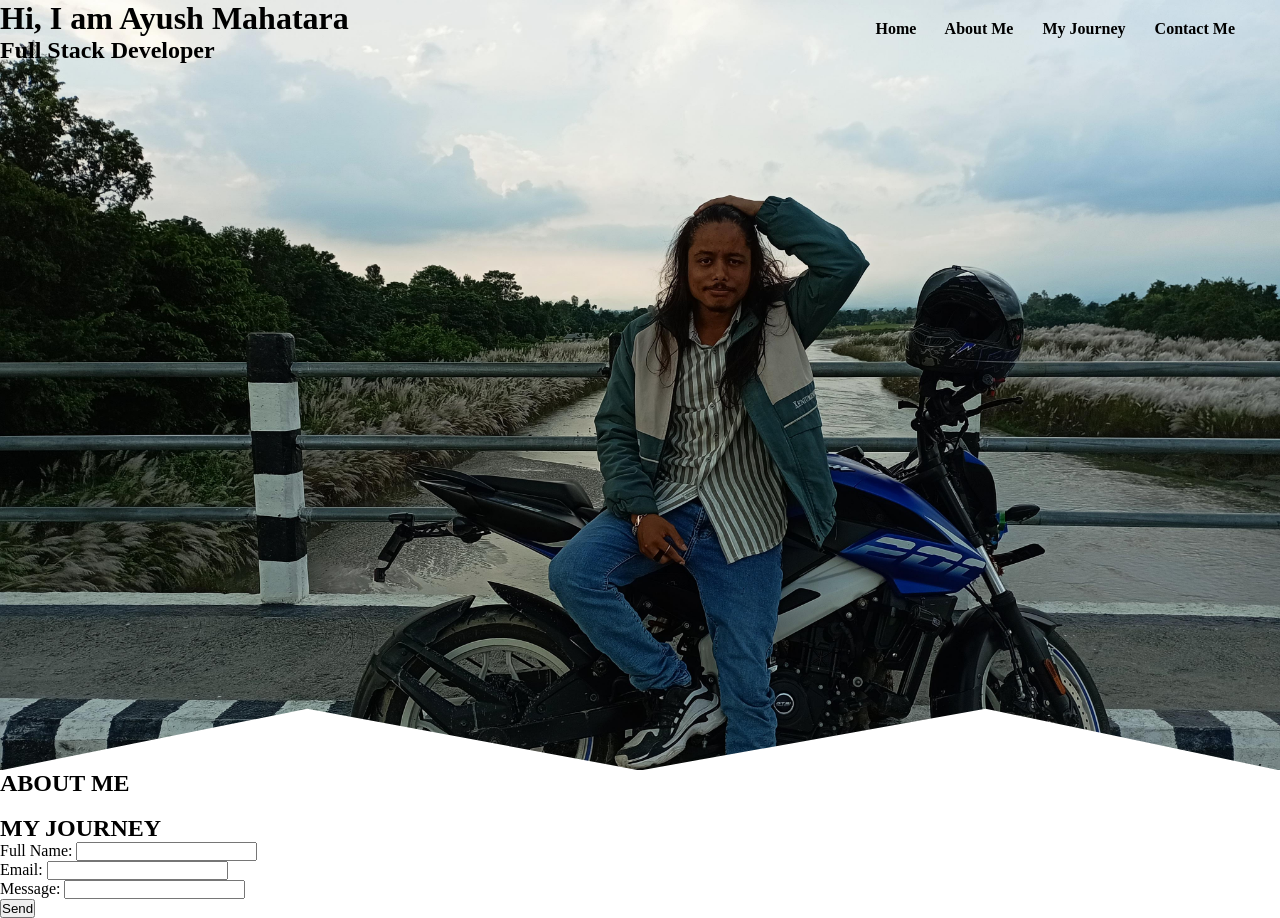
Repository: AyushMahatara/personal-website
Page: New folder/index.html
The author's editor kept a copy of each file at every save. The page is drawn from the files as they stood at one save, then again after the next save.
The browser window is 1280 px wide. The pictures show the whole page.
Backgrounds fixed to the window are drawn as part of the page.

Above is the page before, as saved 2023-07-20 16:46:27.

After the next save:
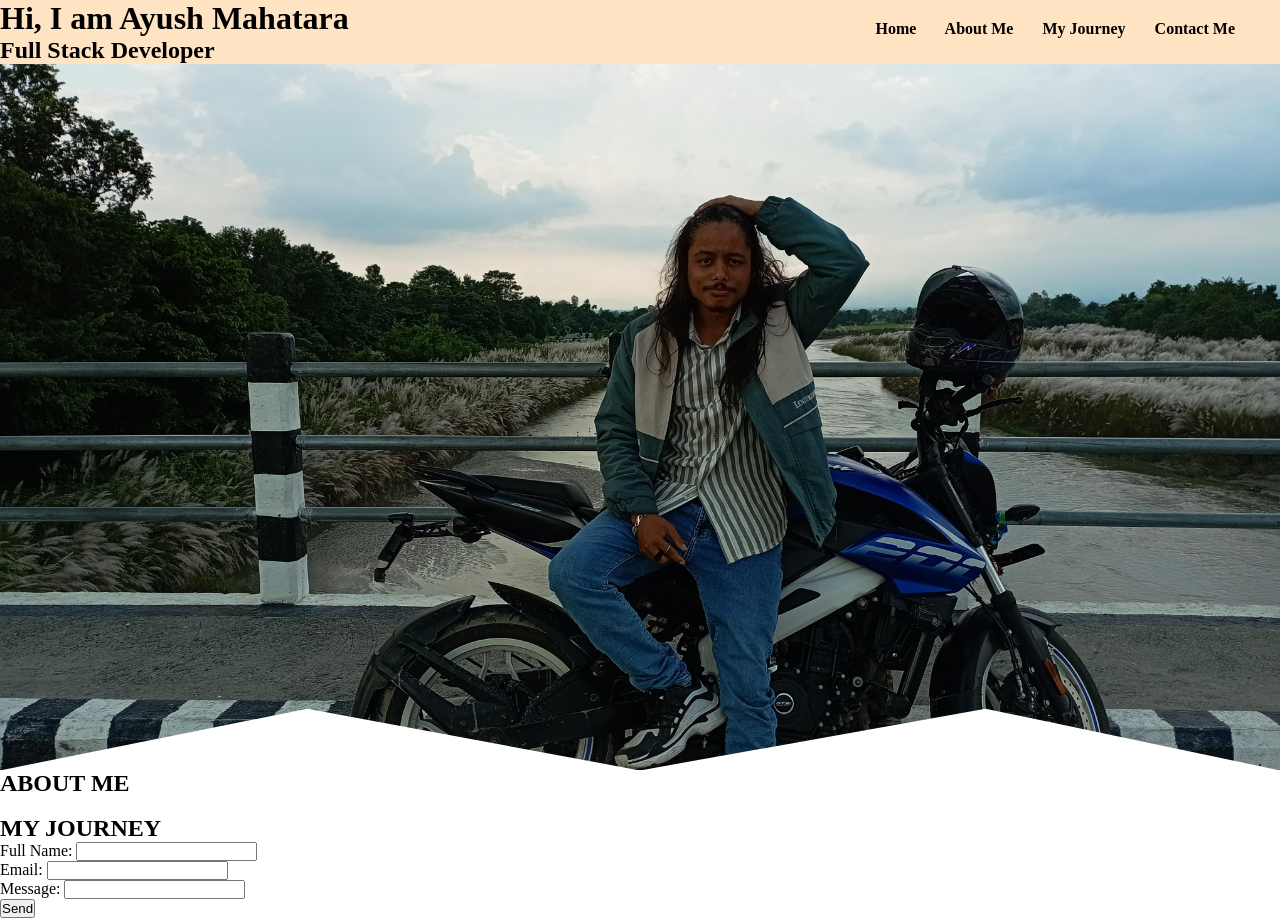
Saved 3 min 57 s later.
--- a/New folder/style.css
+++ b/New folder/style.css
@@ -24,9 +24,7 @@
 
   overflow: hidden;
 }
-img {
-  height: 100%;
-}
+
 nav {
   float: right;
   padding: 20px;
@@ -48,3 +46,7 @@
 nav a:hover {
   color: orange;
 }
+
+.first {
+  background-color: bisque;
+}

After the 4 saves that followed:
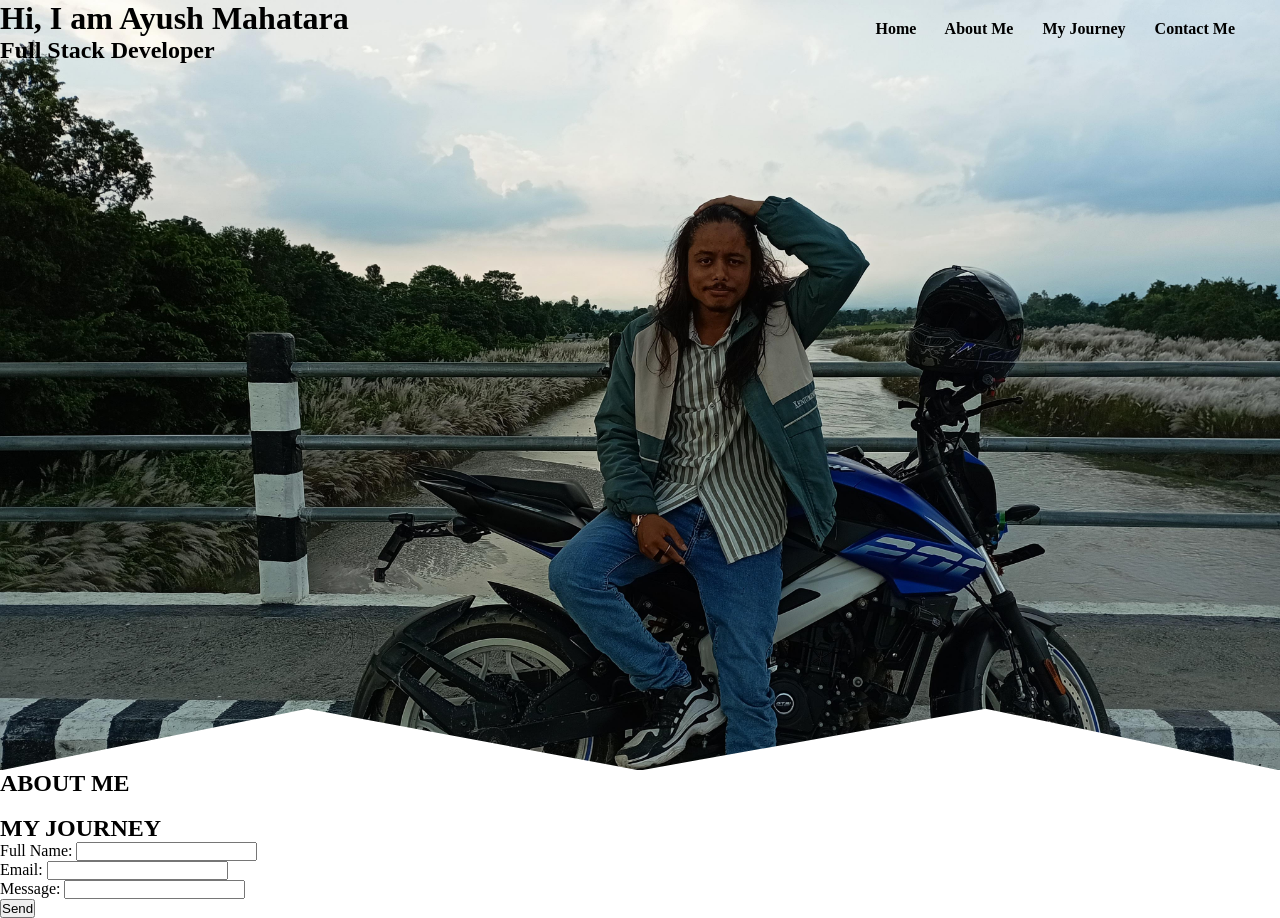
The 4 saves are shown as one change because 2 left the picture as it was and some came seconds apart.
The last was saved 44 s later.
--- a/New folder/index.html
+++ b/New folder/index.html
@@ -11,15 +11,13 @@
   <body>
     <header>
       <div class="first">
-        <div>
-          <nav>
-            <a href="#">Home</a>
-            <a href="#">About Me</a>
-            <a href="#">My Journey</a>
-            <a href="#">Contact Me</a>
-            <!-- <a href="#">Home</a> -->
-          </nav>
-        </div>
+        <nav>
+          <a href="#">Home</a>
+          <a href="#">About Me</a>
+          <a href="#">My Journey</a>
+          <a href="#">Contact Me</a>
+          <!-- <a href="#">Home</a> -->
+        </nav>
         <div class="intro">
           <h1>Hi, I am Ayush Mahatara</h1>
           <h2>Full Stack Developer</h2>
--- a/New folder/style.css
+++ b/New folder/style.css
@@ -48,5 +48,5 @@
 }
 
 .first {
-  background-color: bisque;
+  /* background-color: bisque; */
 }
